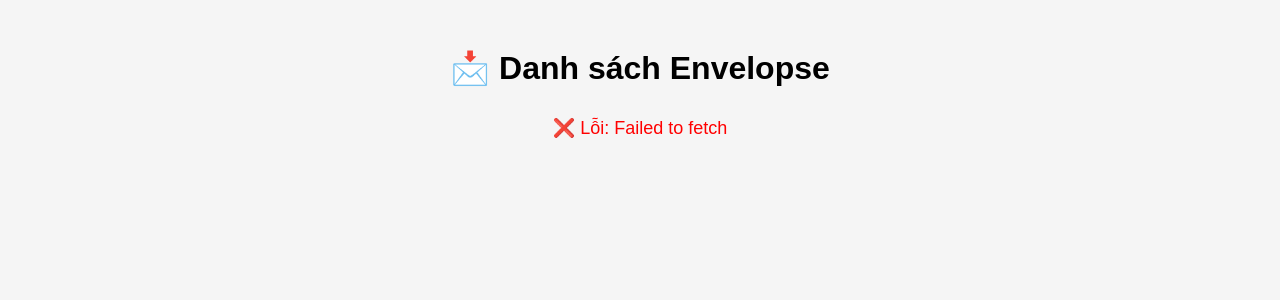
Repository: huycodedie/lixitesst
Page: index.html
An editor plug-in stored every save of this project. The page is shown before and after the next save, followed by the edit.
The browser window is 1280 px wide. The pictures show the whole page.
The page's requests for data from a server got no answer.

Above is the page before, as saved 2026-01-05 16:06:09.

### index.html
<!DOCTYPE html>
<html lang="vi">
<head>
  <meta charset="UTF-8" />
  <title>Danh sách Envelope</title>
  <style>
    body {
      font-family: Arial, sans-serif;
      background: #f5f5f5;
      padding: 20px;
    }

    h1 {
      text-align: center;
    }

    table {
      width: 100%;
      border-collapse: collapse;
      background: #fff;
      margin-top: 20px;
    }

    th, td {
      padding: 10px;
      border: 1px solid #ddd;
      text-align: center;
    }

    th {
      background: #ff6b6b;
      color: white;
    }

    tr:nth-child(even) {
      background: #f9f9f9;
    }

    .loading {
      text-align: center;
      font-size: 18px;
      margin-top: 30px;
    }

    .error {
      color: red;
      text-align: center;
      margin-top: 20px;
    }
  </style>
</head>
<body>

  <h1>📩 Danh sách Envelopse</h1>

  <div id="status" class="loading">Đang tải dữ liệu...</div>

  <table id="envelopeTable" style="display: none;">
    <thead>
      <tr>
        <th>#</th>
        <th>ID</th>
        <th>Tên</th>
        <th>Số tiền</th>
        <th>Ngày tạo</th>
      </tr>
    </thead>
    <tbody id="tableBody"></tbody>
  </table>

  <script>
    const API_URL = "https://websocket.lixitet.top/api/envelope/getall";

    fetch(API_URL)
      .then(response => {
        if (!response.ok) {
          throw new Error("Không thể lấy dữ liệu");
        }
        return response.json();
      })
      .then(data => {
        console.log(data);

        const status = document.getElementById("status");
        const table = document.getElementById("envelopeTable");
        const tbody = document.getElementById("tableBody");

        status.style.display = "none";
        table.style.display = "table";

        // Nếu API trả về dạng { data: [...] }
        const envelopes = data.data || data;

        envelopes.forEach((item, index) => {
          const tr = document.createElement("tr");

          tr.innerHTML = `
            <td>${index + 1}</td>
            <td>${item._id || ""}</td>
            <td>${item.name || item.title || "Không có tên"}</td>
            <td>${item.amount ? item.amount.toLocaleString() : 0} ₫</td>
            <td>${item.createdAt ? new Date(item.createdAt).toLocaleString() : ""}</td>
          `;

          tbody.appendChild(tr);
        });
      })
      .catch(error => {
        document.getElementById("status").innerHTML =
          `<div class="error">❌ Lỗi: ${error.message}</div>`;
      });
  </script>

</body>
</html>

After the next save:
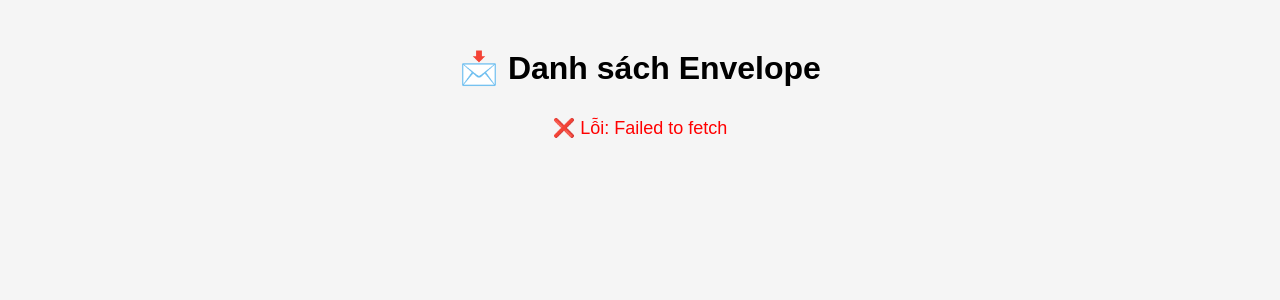
Saved 4 s later.
--- a/index.html
+++ b/index.html
@@ -51,7 +51,7 @@
 </head>
 <body>
 
-  <h1>📩 Danh sách Envelopse</h1>
+  <h1>📩 Danh sách Envelope</h1>
 
   <div id="status" class="loading">Đang tải dữ liệu...</div>
 
